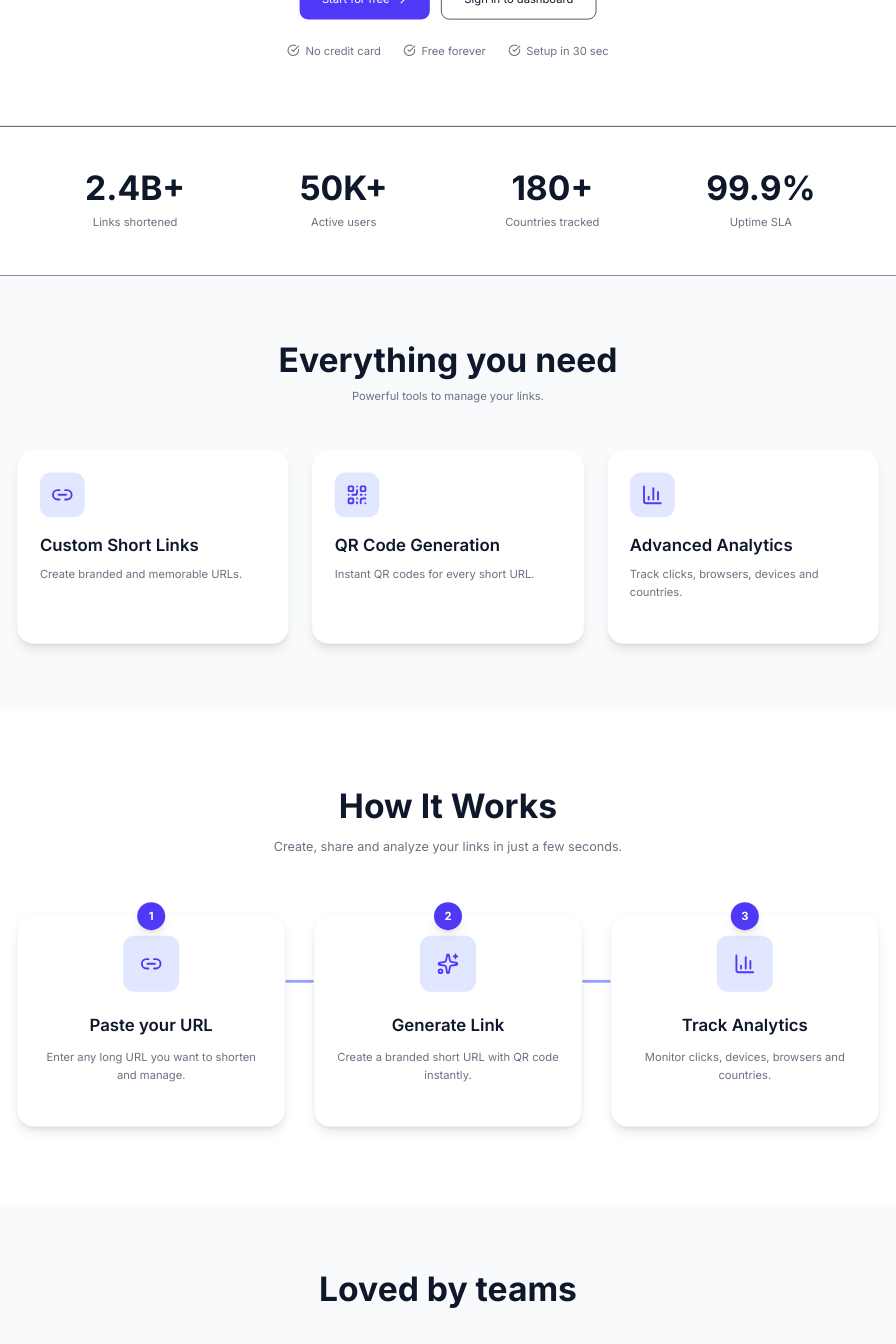
Repository: kiran2k5-ai/Url-Short
Page: / (app in url-shortener-frontend/)
The author's editor kept a copy of each file at every save. The page is drawn from the files as they stood at one save, then again after the next save.
The browser window is 1280 px wide. The pictures show the part of the page from y = 587 to 2507 px (the page is 4536 px tall before and 4602 px after), at 70% of full size.
The page's requests for data from a server got no answer. The project was rebuilt for these pictures with package versions that can differ from the ones it lists, and the page was loaded fresh each time. No one was signed in, and anything a server would have sent is missing. Also part of the build but not shown: url-shortener-frontend/vite.config.js, url-shortener-frontend/src/services/api.js, url-shortener-frontend/src/services/authService.js, url-shortener-frontend/src/pages/Login.jsx, url-shortener-frontend/src/pages/Signup.jsx, url-shortener-frontend/src/api.js, url-shortener-frontend/src/context/AuthContext.jsx, url-shortener-frontend/src/pages/Dashboard.jsx and 1 more.

Above is the page before, as saved 2026-06-03 15:36:43.

### url-shortener-frontend/index.html
<!doctype html>
<html lang="en">
  <head>
    <meta charset="UTF-8" />
    <link rel="icon" type="image/svg+xml" href="/favicon.svg" />
    <meta name="viewport" content="width=device-width, initial-scale=1.0" />
    <title>url-shortener-frontend</title>
  </head>
  <body>
    <div id="root"></div>
    <script type="module" src="/src/main.jsx"></script>
  </body>
</html>

### url-shortener-frontend/src/main.jsx
import React from "react";
import ReactDOM from "react-dom/client";
import { BrowserRouter } from "react-router-dom";
import { Toaster } from "react-hot-toast";

import App from "./App";
import "./index.css";

ReactDOM.createRoot(document.getElementById("root")).render(
    <React.StrictMode>
        <BrowserRouter>
            <App />
            <Toaster position="top-right" />
        </BrowserRouter>
    </React.StrictMode>
);

### url-shortener-frontend/src/App.jsx
import Login from "./pages/Login";
import Signup from "./pages/Signup";
import Dashboard from "./pages/Dashboard";
import Landing from "./pages/Landing";

import ProtectedRoute
from "./components/ProtectedRoute";

import {
    Routes,
    Route
} from "react-router-dom";

function App() {

    return (
        <Routes>

            <Route
                path="/login"
                element={<Login />}
            />
            <Route path="/" element={<Landing />} />
            <Route
                path="/signup"
                element={<Signup />}
            />

            <Route
                path="/dashboard"
                element={
                    <ProtectedRoute>
                        <Dashboard />
                    </ProtectedRoute>
                }
            />

        </Routes>
    );
}

export default App;

### url-shortener-frontend/src/index.css
@import url('https://fonts.googleapis.com/css2?family=Inter:wght@300;400;500;600;700;800&display=swap');

@import "tailwindcss";

body {
    font-family: 'Inter', sans-serif;
    -webkit-font-smoothing: antialiased;
    -moz-osx-font-smoothing: grayscale;
}

### url-shortener-frontend/src/pages/Landing.jsx
import Navbar from "../components/Navbar";
import Hero from "../components/Hero";
import Stats from "../components/Stats";
import Features from "../components/Features";
import HowItWorks from "../components/HowItWorks";
import Testimonials from "../components/Testimonials";
import Pricing from "../components/Pricing";
import CTA from "../components/CTA";
import Footer from "../components/Footer";

function Landing() {
    return (
        <div className="bg-white text-slate-900">

            <Navbar />

            <Hero />

            <Stats />

            <Features />

            <HowItWorks />

            <Testimonials />

            <Pricing />

            <CTA />

            <Footer />

        </div>
    );
}

export default Landing;

### url-shortener-frontend/src/components/Navbar.jsx
import { Link } from "react-router-dom";
import { Zap } from "lucide-react";
import { motion } from "framer-motion";

function Navbar() {
    return (
        <motion.nav
            initial={{
                opacity: 0,
                y: -40
            }}
            animate={{
                opacity: 1,
                y: 0
            }}
            transition={{
                duration: 0.6
            }}
            className="sticky top-0 z-50 backdrop-blur-lg bg-white/80 border-b border-gray-200"
        >
            <div className="max-w-7xl mx-auto px-6 h-20 flex items-center justify-between">

                <motion.div
                    whileHover={{
                        scale: 1.05
                    }}
                    className="flex items-center gap-3 cursor-pointer"
                >
                    <motion.div
                        whileHover={{
                            rotate: 15
                        }}
                        transition={{
                            duration: 0.3
                        }}
                        className="h-10 w-10 rounded-xl bg-indigo-600 flex items-center justify-center shadow-lg"
                    >
                        <Zap
                            size={20}
                            className="text-white"
                        />
                    </motion.div>

                    <h1 className="text-2xl font-bold">
                        LinkNest
                    </h1>
                </motion.div>

                <div className="hidden md:flex gap-10 text-gray-600">

                    {[
                        "Features",
                        "How it works",
                        "Pricing"
                    ].map((item, index) => (
                        <motion.a
                            key={index}
                            href={
                                item === "Features"
                                    ? "#features"
                                    : item === "Pricing"
                                    ? "#pricing"
                                    : "#how"
                            }
                            whileHover={{
                                y: -2
                            }}
                            className="relative font-medium"
                        >
                            {item}

                            <span className="absolute left-0 -bottom-1 w-0 h-[2px] bg-indigo-600 transition-all duration-300 hover:w-full"></span>
                        </motion.a>
                    ))}

                </div>

                <div className="flex gap-4">

                    <motion.div
                        whileHover={{
                            scale: 1.05
                        }}
                        whileTap={{
                            scale: 0.95
                        }}
                    >
                        <Link
                            to="/login"
                            className="font-medium px-4 py-2 rounded-xl hover:bg-gray-100 transition"
                        >
                            Sign in
                        </Link>
                    </motion.div>

                    <motion.div
                        whileHover={{
                            scale: 1.05
                        }}
                        whileTap={{
                            scale: 0.95
                        }}
                    >
                        <Link
                            to="/signup"
                            className="bg-indigo-600 text-white px-5 py-2 rounded-xl shadow-lg hover:bg-indigo-700 transition"
                        >
                            Get started
                        </Link>
                    </motion.div>

                </div>

            </div>
        </motion.nav>
    );
}

export default Navbar;

### url-shortener-frontend/src/components/Hero.jsx
import { ArrowRight, CheckCircle } from "lucide-react";
import { Link } from "react-router-dom";
import { motion } from "framer-motion";

function Hero() {
    return (
        <section className="py-24">

            <div className="max-w-5xl mx-auto px-6 text-center">

                <div className="inline-flex px-4 py-2 rounded-full bg-indigo-50 text-indigo-700 font-medium">
                    Trusted by 50,000+ marketers
                </div>

                <motion.h1
                    initial={{
                        opacity: 0,
                        y: 40
                    }}
                    animate={{
                        opacity: 1,
                        y: 0
                    }}
                    transition={{
                        duration: 0.8
                    }}
                    className="text-6xl md:text-7xl font-extrabold mt-8 leading-tight"
                >
                    Short links that
                    <br />
                    <span className="text-indigo-600">
                        drive results
                    </span>
                </motion.h1>

                <p className="max-w-3xl mx-auto mt-8 text-xl text-gray-600">
                    LinkNest turns your long URLs into powerful
                    marketing tools with analytics, QR codes,
                    custom aliases, and bulk management.
                </p>

                <div className="flex flex-wrap justify-center gap-4 mt-10">

                    <Link
                        to="/signup"
                        className="bg-indigo-600 text-white px-8 py-4 rounded-xl flex items-center gap-2"
                    >
                        Start for free
                        <ArrowRight size={18} />
                    </Link>

                    <Link
                        to="/login"
                        className="border px-8 py-4 rounded-xl"
                    >
                        Sign in to dashboard
                    </Link>

                </div>

                    <div className="flex justify-center gap-8 mt-8 text-gray-500">

                    <span className="flex items-center gap-2">
                        <CheckCircle size={18} />
                        No credit card
                    </span>

                    <span className="flex items-center gap-2">
                        <CheckCircle size={18} />
                        Free forever
                    </span>

                    <span className="flex items-center gap-2">
                        <CheckCircle size={18} />
                        Setup in 30 sec
                    </span>

                </div>

            </div>

        </section>
    );
}

export default Hero;

### url-shortener-frontend/src/components/Stats.jsx
function Stats() {

    const stats = [
        ["2.4B+", "Links shortened"],
        ["50K+", "Active users"],
        ["180+", "Countries tracked"],
        ["99.9%", "Uptime SLA"]
    ];

    return (
        <section className="border-y py-16">

            <div className="max-w-6xl mx-auto grid md:grid-cols-4 gap-10 text-center">

                {stats.map((item, index) => (
                    <div key={index}>
                        <h2 className="text-5xl font-bold">
                            {item[0]}
                        </h2>

                        <p className="mt-3 text-gray-500">
                            {item[1]}
                        </p>
                    </div>
                ))}

            </div>

        </section>
    );
}

export default Stats;

### url-shortener-frontend/src/components/Features.jsx
import {
    Link2,
    QrCode,
    BarChart3
} from "lucide-react";

import { motion } from "framer-motion";

function Features() {

    const features = [
        {
            icon: <Link2 size={32} />,
            title: "Custom Short Links",
            description:
                "Create branded and memorable URLs."
        },
        {
            icon: <QrCode size={32} />,
            title: "QR Code Generation",
            description:
                "Instant QR codes for every short URL."
        },
        {
            icon: <BarChart3 size={32} />,
            title: "Advanced Analytics",
            description:
                "Track clicks, browsers, devices and countries."
        }
    ];

    return (
        <section
            id="features"
            className="py-24 bg-slate-50"
        >
            <div className="max-w-7xl mx-auto px-6">

                <motion.h2
                    initial={{
                        opacity: 0,
                        y: 30
                    }}
                    whileInView={{
                        opacity: 1,
                        y: 0
                    }}
                    viewport={{
                        once: true
                    }}
                    transition={{
                        duration: 0.6
                    }}
                    className="text-5xl font-bold text-center"
                >
                    Everything you need
                </motion.h2>

                <motion.p
                    initial={{
                        opacity: 0
                    }}
                    whileInView={{
                        opacity: 1
                    }}
                    viewport={{
                        once: true
                    }}
                    transition={{
                        delay: 0.2,
                        duration: 0.6
                    }}
                    className="text-center text-gray-500 mt-4"
                >
                    Powerful tools to manage your links.
                </motion.p>

                <div className="grid md:grid-cols-3 gap-8 mt-16">

                    {features.map((feature, index) => (

                        <motion.div
                            key={index}
                            initial={{
                                opacity: 0,
                                y: 50
                            }}
                            whileInView={{
                                opacity: 1,
                                y: 0
                            }}
                            viewport={{
                                once: true
                            }}
                            transition={{
                                delay: index * 0.2,
                                duration: 0.6
                            }}
                            whileHover={{
                                y: -12,
                                scale: 1.04,
                                rotateX: 5,
                                rotateY: 5
                            }}
                            className="bg-white p-8 rounded-3xl shadow-lg border border-gray-100 cursor-pointer"
                        >

                            <motion.div
                                whileHover={{
                                    rotate: 15,
                                    scale: 1.15
                                }}
                                transition={{
                                    duration: 0.3
                                }}
                                className="w-16 h-16 rounded-2xl bg-indigo-100 text-indigo-600 flex items-center justify-center"
                            >
                                {feature.icon}
                            </motion.div>

                            <h3 className="mt-6 text-2xl font-semibold">
                                {feature.title}
                            </h3>

                            <p className="mt-3 text-gray-500 leading-relaxed">
                                {feature.description}
                            </p>

                            <motion.div
                                initial={{
                                    width: 0
                                }}
                                whileHover={{
                                    width: "100%"
                                }}
                                transition={{
                                    duration: 0.3
                                }}
                                className="h-1 bg-indigo-600 mt-6 rounded-full"
                            />

                        </motion.div>

                    ))}

                </div>

            </div>
        </section>
    );
}

export default Features;

### url-shortener-frontend/src/components/Testimonials.jsx
function Testimonials() {

    return (
        <section className="py-24 bg-slate-50">

            <div className="max-w-6xl mx-auto px-6">

                <h2 className="text-5xl font-bold text-center">
                    Loved by teams
                </h2>

                <div className="grid md:grid-cols-3 gap-8 mt-16">

                    <div className="bg-white p-8 rounded-3xl">
                        <p>
                            "The best URL shortener
                            we've ever used."
                        </p>

                        <h4 className="mt-5 font-semibold">
                            Sarah Johnson
                        </h4>
                    </div>

                    <div className="bg-white p-8 rounded-3xl">
                        <p>
                            "Analytics are incredible."
                        </p>

                        <h4 className="mt-5 font-semibold">
                            David Lee
                        </h4>
                    </div>

                    <div className="bg-white p-8 rounded-3xl">
                        <p>
                            "Perfect for marketing teams."
                        </p>

                        <h4 className="mt-5 font-semibold">
                            Michael Chen
                        </h4>
                    </div>

                </div>

            </div>

        </section>
    );
}

export default Testimonials;

### url-shortener-frontend/src/components/CTA.jsx
import { Link } from "react-router-dom";
import { motion } from "framer-motion";

function CTA() {

    return (
        <section className="relative overflow-hidden py-24 bg-gradient-to-r from-indigo-600 to-purple-600 text-white">

            <div className="absolute top-10 left-20 w-40 h-40 rounded-full bg-white/10 blur-3xl"></div>

            <div className="absolute bottom-10 right-20 w-56 h-56 rounded-full bg-white/10 blur-3xl"></div>

            <motion.div
                initial={{
                    opacity: 0,
                    y: 40
                }}
                whileInView={{
                    opacity: 1,
                    y: 0
                }}
                viewport={{
                    once: true
                }}
                transition={{
                    duration: 0.8
                }}
                className="max-w-5xl mx-auto px-6 text-center relative z-10"
            >

                <motion.h2
                    initial={{
                        opacity: 0,
                        y: 20
                    }}
                    whileInView={{
                        opacity: 1,
                        y: 0
                    }}
                    viewport={{
                        once: true
                    }}
                    transition={{
                        delay: 0.2,
                        duration: 0.6
                    }}
                    className="text-5xl md:text-6xl font-bold"
                >
                    Ready to get started?
                </motion.h2>

                <motion.p
                    initial={{
                        opacity: 0
                    }}
                    whileInView={{
                        opacity: 1
                    }}
                    viewport={{
                        once: true
                    }}
                    transition={{
                        delay: 0.4,
                        duration: 0.6
                    }}
                    className="mt-6 text-xl text-indigo-100"
                >
                    Create your first short URL today and
                    track every click with powerful analytics.
                </motion.p>

                <motion.div
                    initial={{
                        opacity: 0,
                        scale: 0.9
                    }}
                    whileInView={{
                        opacity: 1,
                        scale: 1
                    }}
                    viewport={{
                        once: true
                    }}
                    transition={{
                        delay: 0.6,
                        duration: 0.5
                    }}
                    className="mt-10"
                >

                    <motion.div
                        whileHover={{
                            scale: 1.08,
                            y: -4
                        }}
                        whileTap={{
                            scale: 0.95
                        }}
                    >
                        <Link
                            to="/signup"
                            className="inline-block bg-white text-indigo-600 px-8 py-4 rounded-xl font-semibold shadow-xl"
                        >
                            Get Started Free
                        </Link>
                    </motion.div>

                </motion.div>

            </motion.div>

        </section>
    );
}

export default CTA;

Loaded but not shown: url-shortener-frontend/src/components/Pricing.jsx (195 lines, source omitted); url-shortener-frontend/src/components/Footer.jsx (193 lines, source omitted); url-shortener-frontend/src/components/HowItWorks.jsx (163 lines, source omitted)

After the next save:
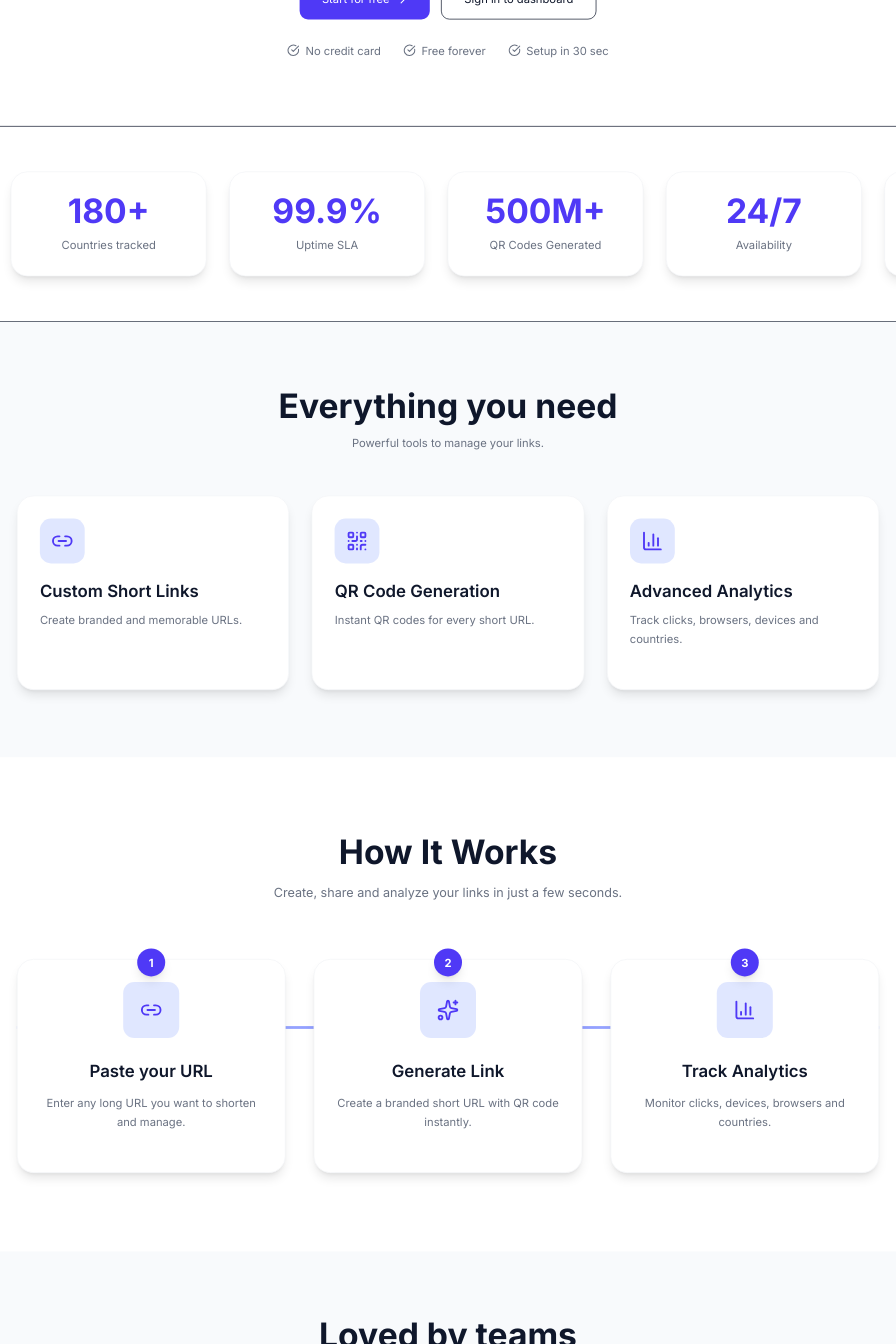
Saved 108 s later.
--- a/url-shortener-frontend/src/components/Stats.jsx
+++ b/url-shortener-frontend/src/components/Stats.jsx
@@ -1,30 +1,56 @@
+import { motion } from "framer-motion";
+
 function Stats() {
 
     const stats = [
         ["2.4B+", "Links shortened"],
         ["50K+", "Active users"],
         ["180+", "Countries tracked"],
-        ["99.9%", "Uptime SLA"]
+        ["99.9%", "Uptime SLA"],
+        ["500M+", "QR Codes Generated"],
+        ["24/7", "Availability"]
     ];
 
     return (
-        <section className="border-y py-16">
+        <section className="py-16 border-y overflow-hidden bg-white">
 
-            <div className="max-w-6xl mx-auto grid md:grid-cols-4 gap-10 text-center">
+            <motion.div
+                animate={{
+                    x: ["0%", "-50%"]
+                }}
+                transition={{
+                    repeat: Infinity,
+                    repeatType: "loop",
+                    duration: 20,
+                    ease: "linear"
+                }}
+                className="flex gap-8 w-max"
+            >
 
-                {stats.map((item, index) => (
-                    <div key={index}>
-                        <h2 className="text-5xl font-bold">
+                {[...stats, ...stats].map((item, index) => (
+
+                    <motion.div
+                        key={index}
+                        whileHover={{
+                            scale: 1.08,
+                            y: -5
+                        }}
+                        className="min-w-[280px] bg-white border border-gray-100 shadow-lg rounded-3xl p-8 text-center"
+                    >
+
+                        <h2 className="text-5xl font-bold text-indigo-600">
                             {item[0]}
                         </h2>
 
                         <p className="mt-3 text-gray-500">
                             {item[1]}
                         </p>
-                    </div>
+
+                    </motion.div>
+
                 ))}
 
-            </div>
+            </motion.div>
 
         </section>
     );
